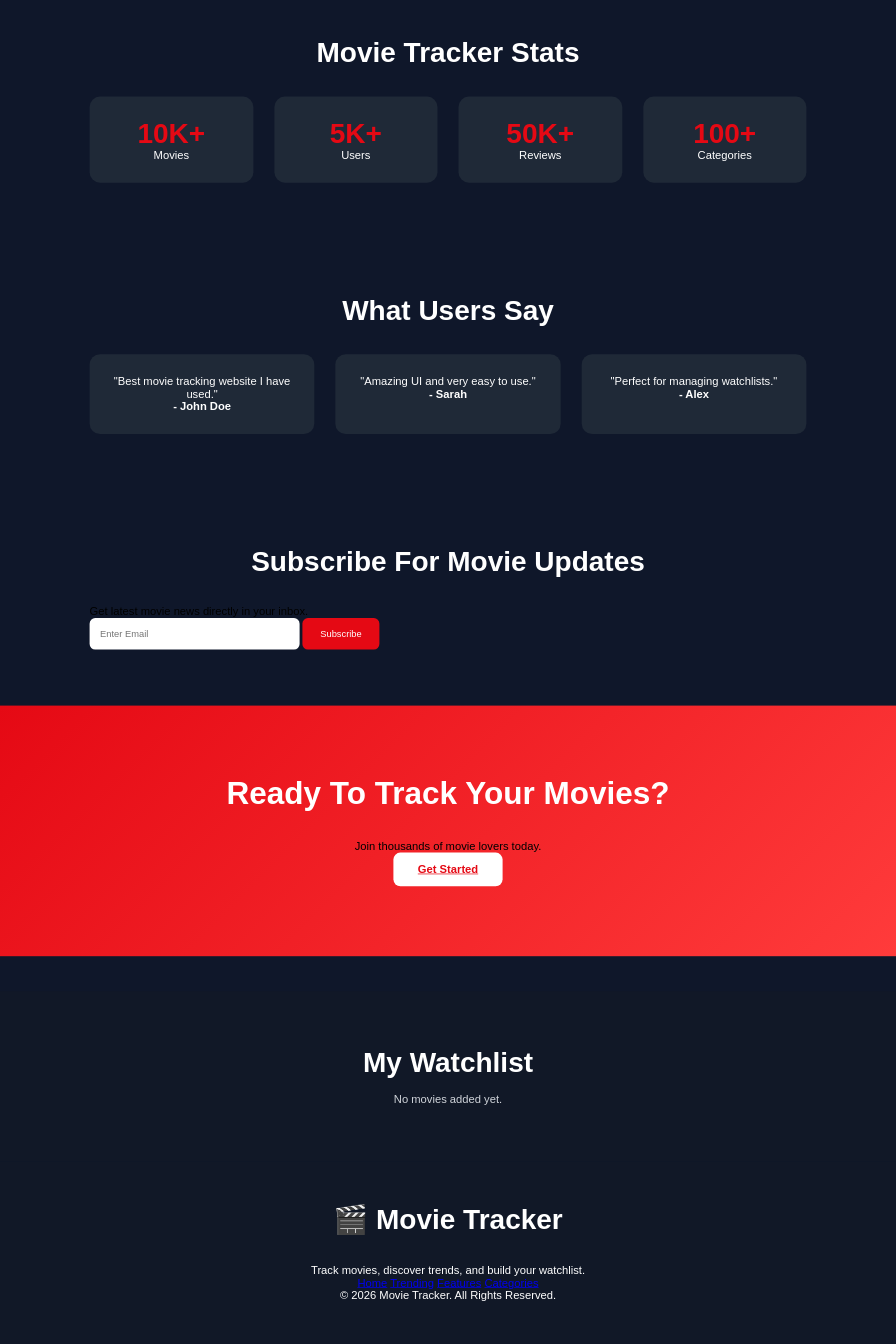
Repository: Dinesh-Codebais/movie-tracker
Page: index.html
An editor plug-in stored every save of this project. The page is shown before and after a run of saves, followed by the edit.
The browser window is 1280 px wide. The pictures show the part of the page from y = 3140 to 5060 px (the page is 5060 px tall before and 5042 px after), at 70% of full size.

Above is the page before, as saved 2026-06-18 14:40:50.

After the next 2 saves:
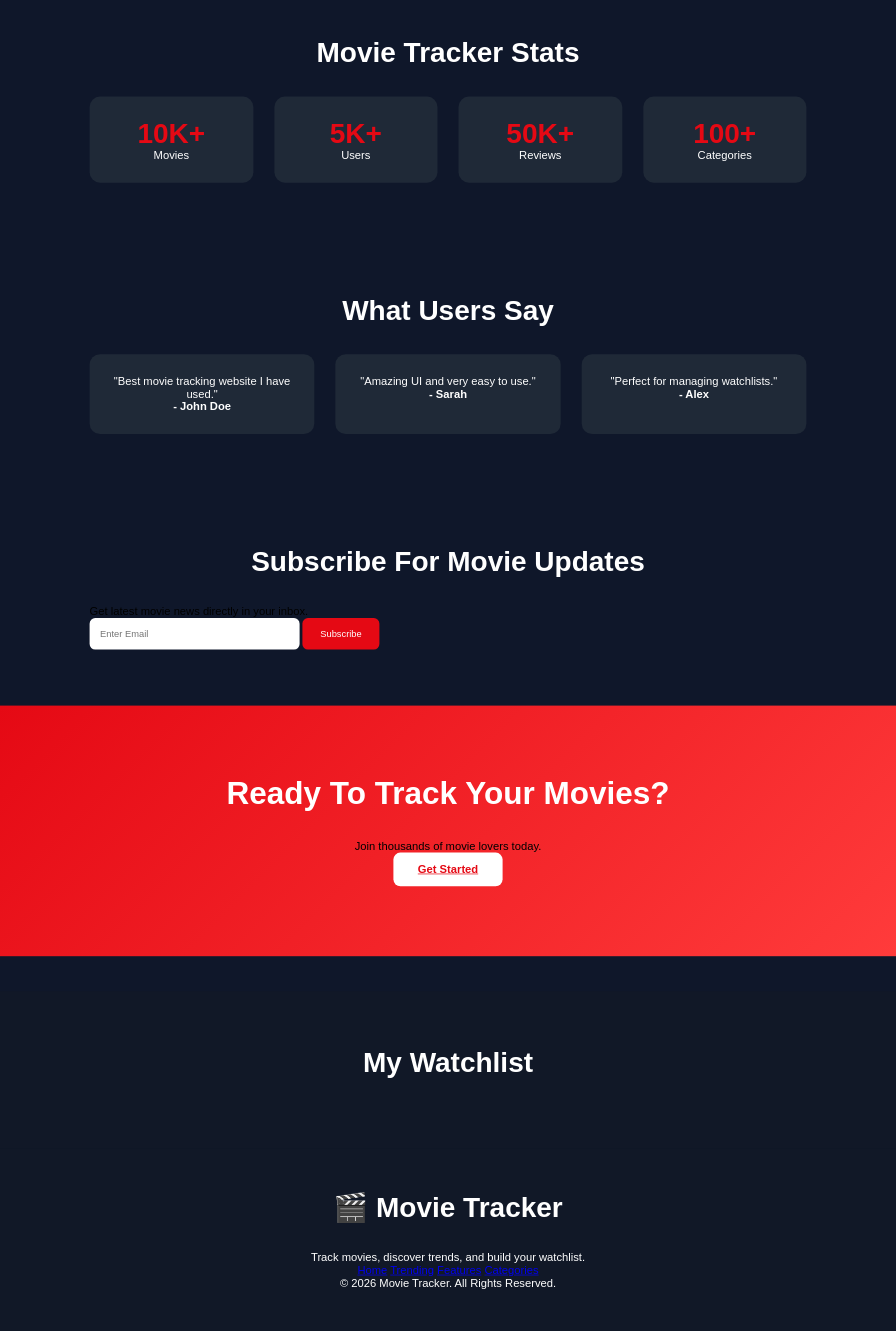
The 2 saves are shown as one change because they came seconds apart.
The last was saved 90 s later.
--- a/index.html
+++ b/index.html
@@ -237,12 +237,13 @@
 </section>
 
 <!-- WATCHLIST -->
-
 <section class="watchlist" id="watchlist">
 
     <h2>My Watchlist</h2>
 
-    <p>No movies added yet.</p>
+    <ul id="watchlistMovies"></ul>
+
+</section>
 
 </section>
 
